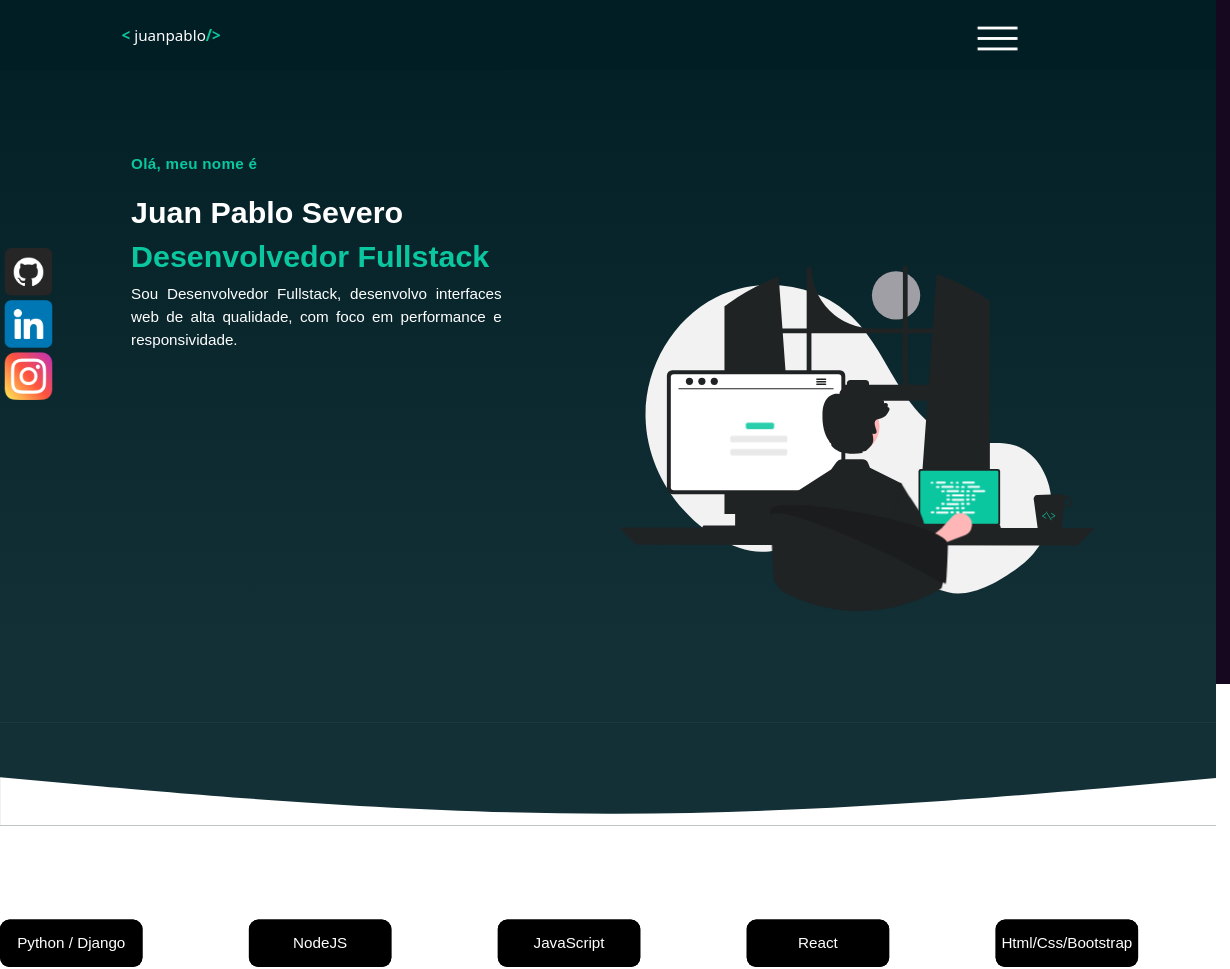
Repository: JuanPabloDS/portifolio
Page: http://localhost/
An editor plug-in stored every save of this project. The page is shown before and after the next save, followed by the edit.
The browser window is 1280 px wide. The page is 1295 px wide, so the pictures cover 1295 px, including what lies to the right of the window. The pictures show the whole page, at 95% of full size.
The page is served by the project's application, run on Django 4.2 (manage.py). Other server files are loaded and not shown.

Above is the page before, as saved 2023-03-23 14:28:52.

### core/templates/index.html
{% extends 'base.html' %}

{% block content %}

{% include 'perfils.html' %}

{% include 'portifolio.html' %}

{% include 'footer.html' %}

{% endblock %}

### core/templates/base.html
{% load static %}
<!DOCTYPE html>
<html lang="pt-br">
    <head>
        <!-- Required meta tags -->
        <meta charset="UTF-8">
        <meta http-equiv="X-UA-Compatible" content="IE=edge">
        <meta name="viewport" content="width=device-width, initial-scale=1.0">
        <title>Portifólio</title>
        <!-- Bootstrap CSS -->
        <link rel="stylesheet" href="{% static 'css/bootstrap.min.css' %}">
        <link rel="stylesheet" href="{% static 'css/style.css' %}">
        <link rel="stylesheet" href="{% static 'fonts/Poppins-Light.ttf' %}">

    </head>
    <body>
        <div class="pos-f-t">
          <header>
            <nav>
              <span class="span"><span class="span-cor">< </span>juanpablo<span class="span-cor">/></span></span>
              <ul class="nav-list">
                <div class="mobile-menu-ex">
                </div>
                <li><a href="#">Início</a></li>
                <li><a href="#">Sobre</a></li>
                <li><a href="#">Projetos</a></li>
                <li><a href="#">Contato</a></li>
              </ul>
            </nav>
          </header>
        </div>
        <div class="menu-icon">
            <div class="mobile-menu">
              <div class="line1"></div>
              <div class="line2"></div>
              <div class="line3"></div>
            </div>
          </div>
          <div class="page">


{% block content %}
{% endblock %}

### core/templates/portifolio.html
{% load static %}
<div class="portifolio">
    <div class="web">
        <h1>PORTIFÓLIO DESENVOLVEDOR WEB</h1>
    </div>
    <div class="dev-menu row">
        <div class="col-sm">
            <button  class="glow-on-hover" id="b-1" role="button"><span class="text but-1">Python / Django</span></button>
        </div>
        <div class="col-sm">
            <button class="glow-on-hover" id="b-2" role="button"><span class="text but-3">NodeJS</span></button>
        </div>
        <div class="col-sm">
            <button class="glow-on-hover" id="b-3" role="button"><span class="text but-2">JavaScript</span></button>
        </div>
        <div class="col-sm">
            <button class="glow-on-hover" id="b-4" role="button"><span class="text but-4">React</span></button>
        </div>
        <div class="col-sm">
            <button class="glow-on-hover" id="b-5" role="button"><span class="text but-5">Html/Css/Bootstrap</span></button>
        </div>
    </div>


</div>

### core/templates/footer.html
{% load static %}
</div>
<!-- jQuery first, then Tether, then Bootstrap JS. -->
<script src="{% static 'js/script.js' %}"></script>
<script src="{% static 'js/jquery.js' %}"></script>
<script src="{% static 'js/bootstrap.js' %}" ></script>
<script src="{% static 'js/bootstrap.min.js' %}" ></script>
<script src="{% static 'js/bootstrap.bundle.js' %}" ></script>
<script src="{% static 'js/bootstrap.bundle.min.js' %}" ></script>
</body>
</html>

### core/views.py
from django.views.generic import TemplateView

class IndexView(TemplateView):
    template_name: str = 'index.html'

### portifolio/urls.py
"""portifolio URL Configuration

The `urlpatterns` list routes URLs to views. For more information please see:
    https://docs.djangoproject.com/en/4.1/topics/http/urls/
Examples:
Function views
    1. Add an import:  from my_app import views
    2. Add a URL to urlpatterns:  path('', views.home, name='home')
Class-based views
    1. Add an import:  from other_app.views import Home
    2. Add a URL to urlpatterns:  path('', Home.as_view(), name='home')
Including another URLconf
    1. Import the include() function: from django.urls import include, path
    2. Add a URL to urlpatterns:  path('blog/', include('blog.urls'))
"""
from django.contrib import admin
from django.urls import path, include

from django.conf.urls.static import static
from django.conf import settings

urlpatterns = [
    path('admin/', admin.site.urls),
    path('', include('core.urls')),
] + static(settings.MEDIA_URL, document_root=settings.MEDIA_ROOT)

### core/urls.py
from django.urls import path
from .views import IndexView

urlpatterns = [
    path('', IndexView.as_view(), name='index')
]

### core/static/css/style.css
/*! body */


body{
    margin: auto;
    height: 100%;
    font-family: 'Poppins', sans-serif;
  }


* {
  scrollbar-color: #454a4d #202324;
}

.hidden {
  overflow: hidden;
}

main{
    margin: auto;
    width: 80%;
}

.page {
    margin: auto;
    width: 100%;
    padding-left: 10%;
    padding-right: 10%;
    background: -webkit-linear-gradient(270deg, #011e24, #133036 90%);

}


@media screen and (max-width: 600px) {
    body{
        width: 100%;
        margin: auto;
    }

}

/*! Menu */

a {
  color: #fff;
  text-decoration: none;
  transition: 0.3s;
}

a:hover {
  opacity: 0.7;
}

nav {
  display: flex;
  align-items: center;
  font-family: system-ui, -apple-system, Helvetica, Arial, sans-serif;
  background: #011e24;
  height: 73px;
  position: fixed;
  width: 100%;
}


main {
  background: url("bg.jpg") no-repeat center center;
  background-size: cover;
  height: 92vh;
  float: right;
}

.nav-list {
  list-style: none;
  display: flex;
  position: fixed;
  z-index:9;
  top: 0;
  width: 100vw;
  height: 100%;
  background: #15081f;
  flex-direction: column;
  align-items: center;
  justify-content: space-around;
  transform: translateX(100%);
  transition: transform 0.3s ease-in;
}

.span {
  color: white;

  margin-left: 10%;
}

.span-cor{
  color: #0bc7a0;
  font-weight: bold;
}

.nav-list li {
  letter-spacing: 3px;
  margin-left: 0;
  opacity: 0;
}

.mobile-menu {
  display: block;
  cursor: pointer;
  width: 80%;
  margin:auto;
}

.mobile-menu div {
  width: 42px;
  height: 3px;
  background: #fff;
  margin: 8px;
  margin-left: auto;
  transition: 0.3s;
}

.mobile-menu.active .line1 {
  transform: rotate(-45deg) translate(-9px, 10px);
}

.mobile-menu.active .line2 {
  opacity: 0;
}

.mobile-menu.active .line3 {
  transform: rotate(45deg) translate(-5px, -7px);
}

.nav-list.active {
  transform: translateX(0);
}

.mobile-menu-ex {
  display: block;
  cursor: pointer;
}


@keyframes navLinkFade {
  from {
    opacity: 0;
    transform: translateX(50px);
  }
  to {
    opacity: 1;
    transform: translateX(0);
  }
}

.menu-icon {
  position: fixed;
  z-index:10;
  top:0;
  margin-top: 20px;
  left: 80%;
}

@media screen and (max-width: 800px) {

  .mobile-menu div {
    background: #fff;
    margin: 4px;
    transition: 0.3s;
    width: 25px;
    }
  .span{
    font-size: 0.8rem;
  }
  .mobile-menu.active .line1 {
    transform: rotate(-45deg) translate(-4px, 2px);
  }

  .mobile-menu.active .line3 {
    transform: rotate(45deg) translate(-8px, -6px);
  }

  .nav-list a {
    font-size: 10px;
  }


}


/*! Fim Menu inicial */

/*! Perfil */

.perfil{
    display: flex;
    flex-direction: row ;
    flex-wrap: wrap;
    background-color: black;
}

.imagem{
  display: flex;
  flex-direction: row ;
  flex-wrap: wrap;
  flex-flow: row wrap;
  justify-content: flex-end;
  margin-top: 70px;
  margin-bottom: 50px;
  align-items: end;
  width: auto;
  height: auto;
}

.imagem img {

    width: 400px;
    height: 400px;
    float: right;
    -webkit-filter: drop-shadow(15px 10px 5px rgba(0,0,0,.5));
    filter: drop-shadow(15px 10px 5px rgba(0,0,0,.5));
}

.svg {
  background-color: #133036;
}



.perfil-img {
  width: 150px;
  height: 150px;
  border-radius: 100%;
}

.perfil-img:hover {
  -webkit-transform: scale(2.3);
  -ms-transform: scale(2.3);
  transform: scale(1.3);
}



.perfil-div{
  margin-left: 15px;
  margin-top: 20px;
}
.perfil-p{
  width: 400px;
  margin-top: 20px;
  font-size: 16px;
  color: white;
  text-align: justify;
  padding-left: 10px;
}
.perfil-p p {
  margin-bottom: 20px;
}
.perfil-p h2 {
  font-weight: 600;
}

.h2 {
  color: #0bc7a0;
}


.apresentacao {
  width: 100%;
  display: flex;
  flex-direction: column ;
  flex-wrap: wrap;
}

.show{
  display: flex;
  flex-flow: row wrap;
  justify-content: space-between;
  margin-top: 11vw;
  width: 100%;
}

.nome {
  color: #0bc7a0;
  font-weight: 600;
  font-size: inherit;
  letter-spacing: 0.02rem;
}

.borda{
  display: flex;
  flex-direction: row ;
  flex-wrap: wrap;
}

.borda h1 {
    font-weight: bold;
    color: white;
    font-size: 60px;
    letter-spacing: 5px;
    text-shadow: rgb(114, 106, 106) 0.05em 0.05em 0.1em;

}

.borda h3 {
  font-weight: bold;
  color: white;
  font-size: 17px;
  letter-spacing: 5px;
  padding-bottom: 15px;
  text-shadow: rgb(114, 106, 106) 0.05em 0.05em 0.1em;


}
.icons{
  position: fixed;
  padding-bottom: 23%;
  padding-left: 5px;
  bottom: 0;
  left: 0;
  width: 50px;
}

.icons img{
  width: 50px;
  height: 50px;
  margin-bottom: 5px;
}

/* SVG */

#change {
  animation: change 6s infinite;
  transform-origin: center;
}

@keyframes change {
  0% {
    transform: rotateZ(0deg);

  }
  30% {
    transform: rotateZ(100deg);

  }
  40%, 50% {
    opacity: 0;
  }
  90%, 100% {
    transform: rotateZ(360deg);
  }
}

#code1 {
  animation: code 3s ease infinite;
}

@keyframes code {
  20%, 100% {
    opacity: 0;
  }
  0% {
    width: 0;
    opacity: 1;
  }
  100%{
    width: 100;
    opacity: 1;
  }
}

#code2 {
  animation: code2 3s infinite ease-in-out;
}

@keyframes code2 {

  0% {
    width: 0px;
  }
  100%{
    width: 200;
    opacity: 1;
  }
}


@media screen and (max-width: 800px) {
  .borda {
    display: flex;
    flex-direction: column;
    flex-wrap: inherit;
    width: 135%;
  }
  .borda h1 {
    letter-spacing: 0.6vw;
    font-size: 7vw;
  }
  .borda h3 {

    font-size: 4vw;
    letter-spacing: 0.6vw;
  }
  .borda p {
    margin-top: 1vw;
    font-size: 2vw;
  }
  .imagem img {
    margin-top: 3vw;
    width: 50vw;
    height: 50vw;
  }
  .icons img {
    width: 20px;
    height: 20px;
  }


}
#elementEl::after {
  content: '|';
  margin-left: 5px;
  animation: blink 0.7s infinite;

}

@keyframes blink {
  0% {
    opacity: 1;
  }
  100% {
    opacity: 0;
  }
}

/*! Fim Perfil */

/*! Portifolio */

.portifolio{
  display: flex;
  flex-direction: column ;
  flex-wrap: wrap;
}
.web{

  padding-top: 15px;
  padding-bottom: 10px;
  padding-left: 15px;
  margin-bottom: 30px;
}
.web h1 {
  font-weight: bold;
  color: #fff;
  font-size: 30px;
}

/*! button */

.glow-on-hover {
  width: 150px;
  height: 50px;
  border: none;
  outline: none;
  color: #fff;
  background: #111;
  cursor: pointer;
  position: relative;
  z-index: 0;
  border-radius: 10px;
}

.glow-on-hover:before {
  content: '';
  background: linear-gradient(45deg, #ff0000, #ff7300, #fffb00, #48ff00, #00ffd5, #002bff, #7a00ff, #ff00c8, #ff0000);
  position: absolute;
  top: -2px;
  left:-2px;
  background-size: 400%;
  z-index: -1;
  filter: blur(5px);
  width: calc(100% + 4px);
  height: calc(100% + 4px);
  animation: glowing 20s linear infinite;
  opacity: 0;
  transition: opacity .3s ease-in-out;
  border-radius: 10px;
}

.glow-on-hover:active {
  color: #000
}

.glow-on-hover:active:after {
  background: transparent;
}

.glow-on-hover:hover:before {
  opacity: 1;
}

.glow-on-hover:after {
  z-index: -1;
  content: '';
  position: absolute;
  width: 100%;
  height: 100%;
  background: black;
  left: 0;
  top: 0;
  border-radius: 10px;
}

#b-1::after {
  background: black;
}
#b-2::after {
  background: black;
}
#b-3::after {
  background: black;
}
#b-4::after {
  background: black;
}
#b-5::after {
  background: black;
}

@keyframes glowing {
  0% { background-position: 0 0; }
  50% { background-position: 400% 0; }
  100% { background-position: 0 0; }
}

Loaded but not shown: core/static/css/bootstrap.min.css (library); core/static/js/jquery.js (library); core/static/js/bootstrap.js (library); core/static/js/bootstrap.min.js (library); core/static/js/bootstrap.bundle.js (library); core/static/js/bootstrap.bundle.min.js (library); core/static/js/script.js (58 lines, source omitted); core/templates/perfils.html (135 lines, source omitted)

After the next save:
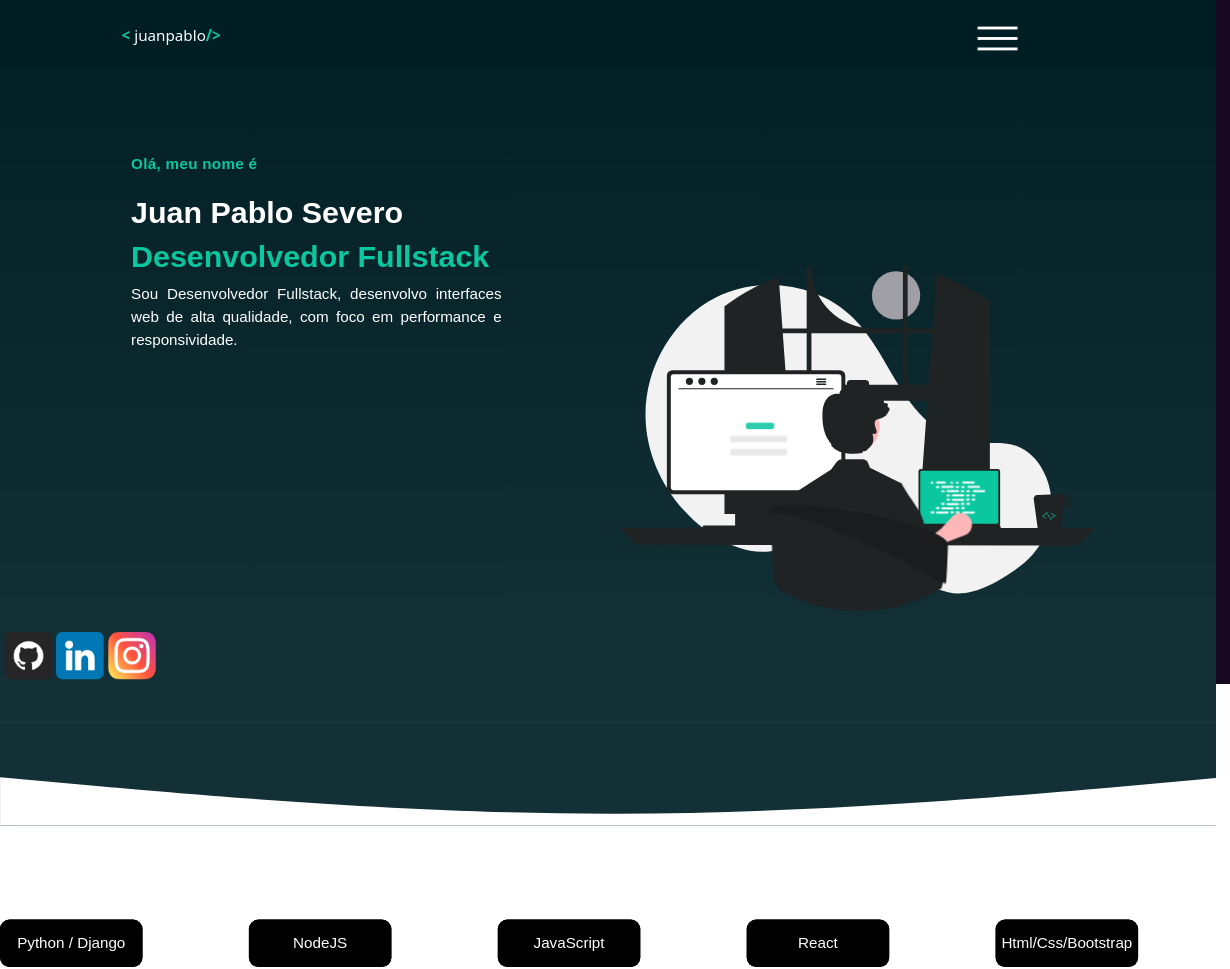
Saved 19 s later.
--- a/core/static/css/style.css
+++ b/core/static/css/style.css
@@ -312,11 +312,10 @@ main {
 }
 .icons{
   position: fixed;
-  padding-bottom: 23%;
   padding-left: 5px;
   bottom: 0;
   left: 0;
-  width: 50px;
+  width: 50%;
 }
 
 .icons img{
